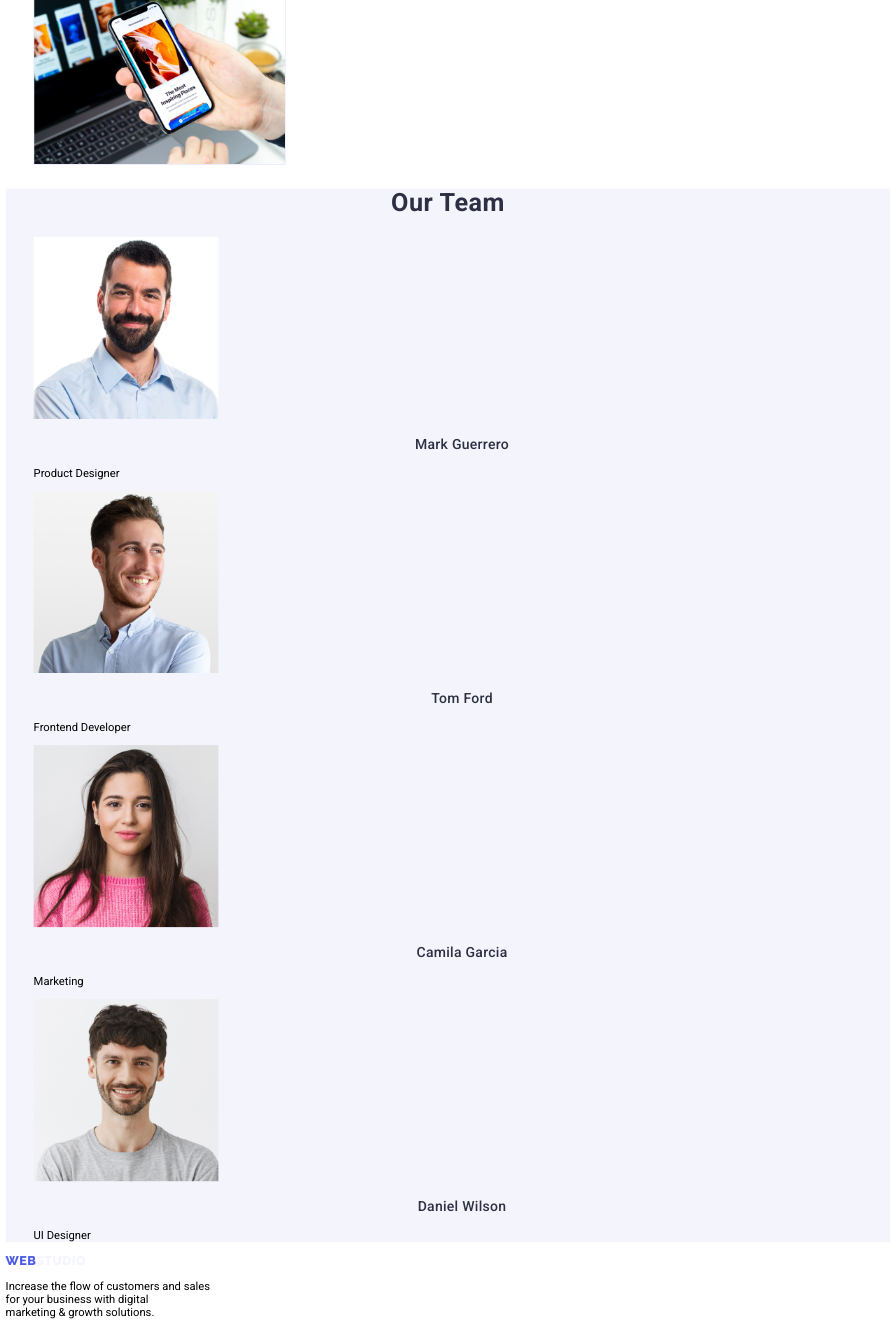
Repository: jandiman/goit-markup-hw-02
Page: index.html
An editor plug-in stored every save of this project. The page is shown before and after the next save, followed by the edit.
The browser window is 1280 px wide. The pictures show the part of the page from y = 1549 to 3469 px (the page is 3449 px tall before and 3469 px after), at 70% of full size.

Above is the page before, as saved 2023-07-07 09:30:57.

After the next save:
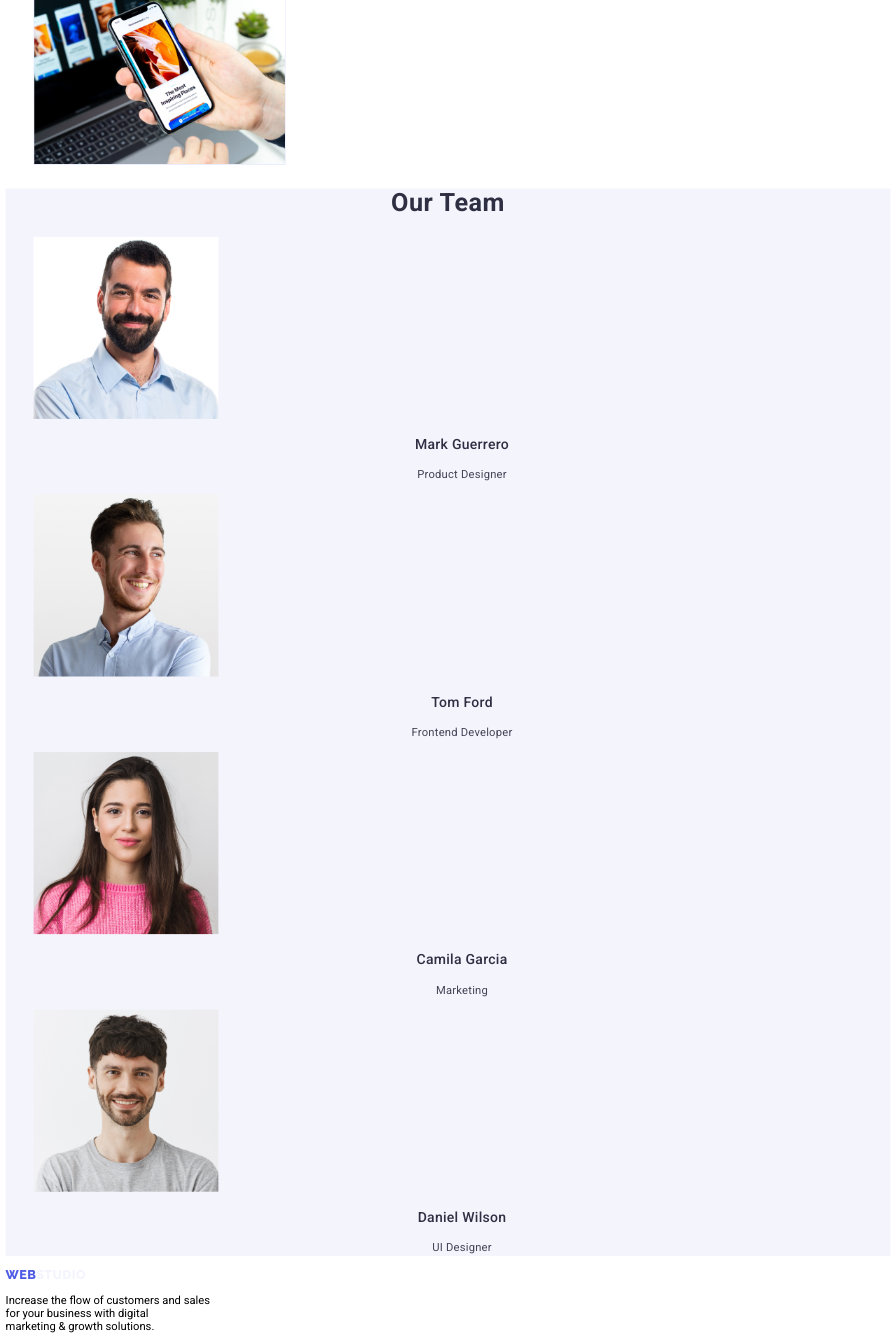
Saved 19 s later.
--- a/css/styles.css
+++ b/css/styles.css
@@ -143,3 +143,12 @@
   line-height: 24px;
   letter-spacing: 0.4px;
 }
+.team-item-text {
+  color: var(--slate, #434455);
+  text-align: center;
+  font-size: 16px;
+  font-style: normal;
+  font-weight: 400;
+  line-height: 24px;
+  letter-spacing: 0.32px;
+}
